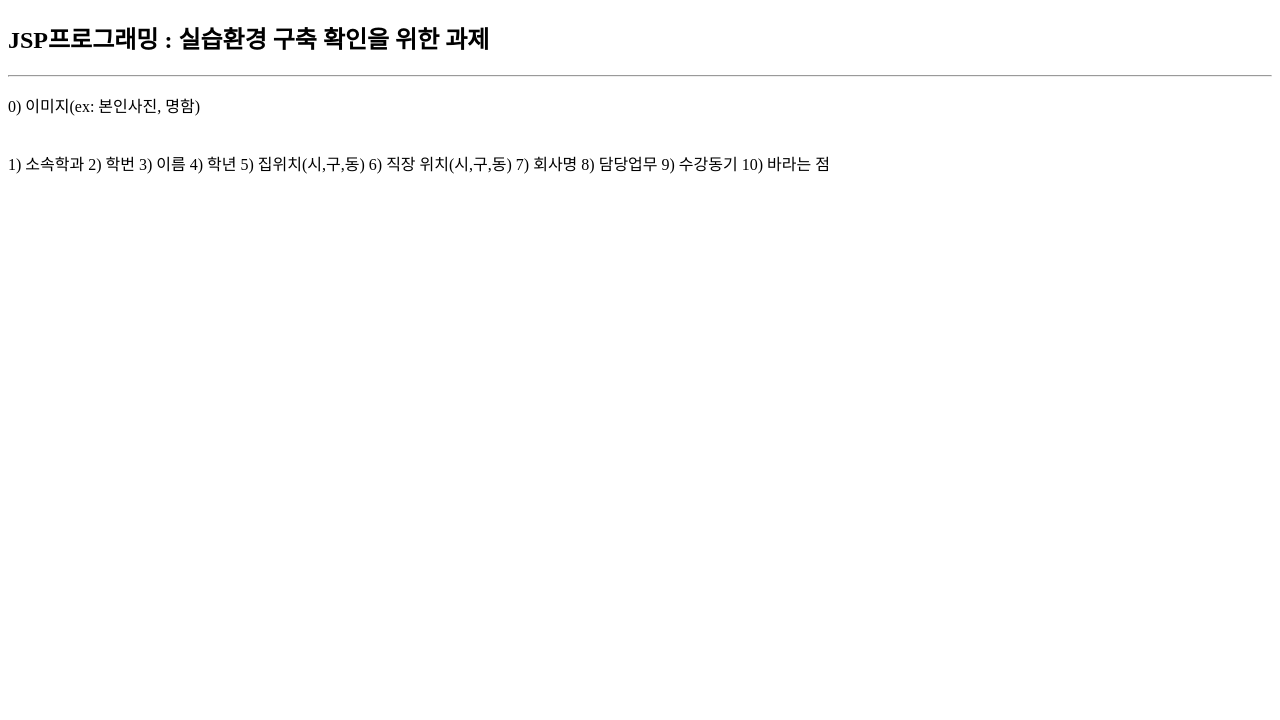
Repository: jiyoung510/JAVA-learning-examples
Page: http://localhost/jspbook/ch01/HelloWorld.jsp
These files come from the project's save history. The page is drawn as it stood at one moment and after the next save; the edit follows.
The browser window is 1280 px wide. The pictures show the whole page.
The page is served by Tomcat 9.

Above is the page before, as saved 2022-09-25 01:36:31.

After the next save:
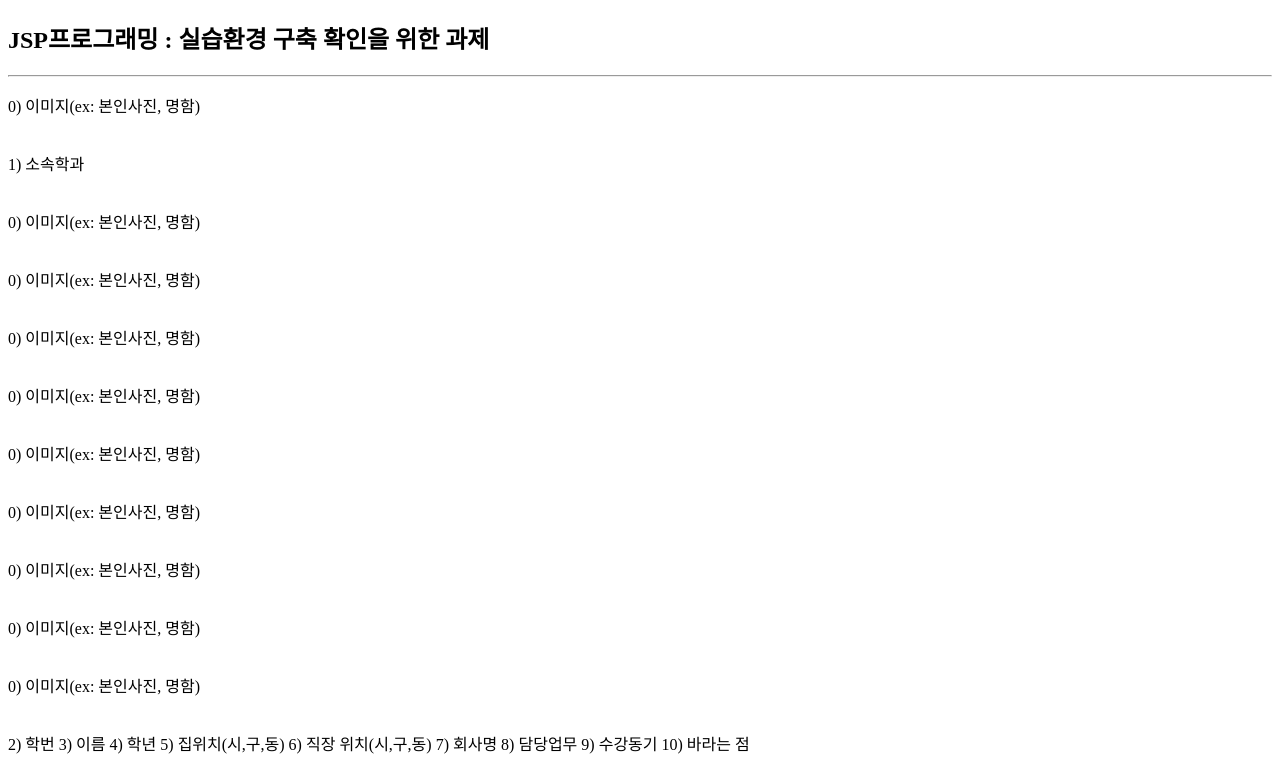
Saved 2 min 55 s later.
--- a/jspbook/WebContent/ch01/HelloWorld.jsp
+++ b/jspbook/WebContent/ch01/HelloWorld.jsp
@@ -10,11 +10,18 @@
 <body>
 	<h2>JSP프로그래밍 : 실습환경 구축 확인을 위한 과제</h2>
 	<hr>
-	<p>
-	<span style="display:block">0) 이미지(ex: 본인사진, 명함)</span>
-	<img src="">
-	</p>
-	1) 소속학과
+	<p><span style="display:block">0) 이미지(ex: 본인사진, 명함)</span><img src=""></p>
+	<p><span style="display:block">1) 소속학과</span><img src=""></p>
+	<p><span style="display:block">0) 이미지(ex: 본인사진, 명함)</span><img src=""></p>
+	<p><span style="display:block">0) 이미지(ex: 본인사진, 명함)</span><img src=""></p>
+	<p><span style="display:block">0) 이미지(ex: 본인사진, 명함)</span><img src=""></p>
+	<p><span style="display:block">0) 이미지(ex: 본인사진, 명함)</span><img src=""></p>
+	<p><span style="display:block">0) 이미지(ex: 본인사진, 명함)</span><img src=""></p>
+	<p><span style="display:block">0) 이미지(ex: 본인사진, 명함)</span><img src=""></p>
+	<p><span style="display:block">0) 이미지(ex: 본인사진, 명함)</span><img src=""></p>
+	<p><span style="display:block">0) 이미지(ex: 본인사진, 명함)</span><img src=""></p>
+	<p><span style="display:block">0) 이미지(ex: 본인사진, 명함)</span><img src=""></p>
+
 	2) 학번
 	3) 이름
 	4) 학년
